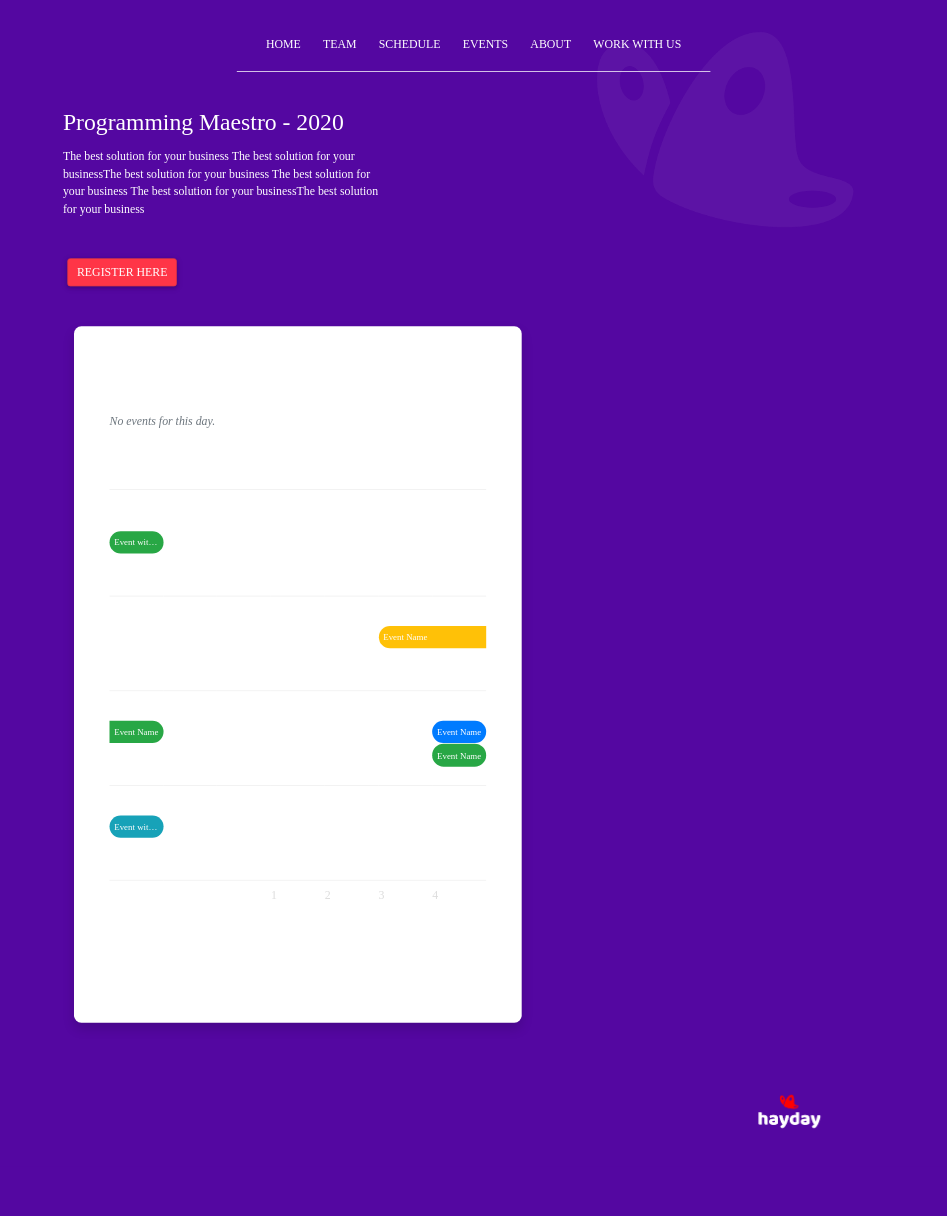
Repository: im1971/company-web
Page: event.html
An editor plug-in stored every save of this project. The page is shown before and after the next save, followed by the edit.
The browser window is 1280 px wide. The pictures show the whole page, at 74% of full size.
Some web fonts or font styles are not loaded; a fallback is used.

Above is the page before, as saved 2020-01-28 14:00:19.

### event.html
<!DOCTYPE html>
<html>

<head>
    <meta charset="utf-8">
    <meta name="viewport" content="width=device-width, initial-scale=1">
    <title>hayday</title>
    <link rel="shortcut icon" type="img/x-icon" href="img/fav.png" />
    <link rel="stylesheet" href="css/mdb.min.css">
    <link rel="stylesheet" href="css/bootstrap.min.css">
    <link rel="stylesheet" href="css/fontawesome.min.css">
    <link rel="stylesheet" href="css/all.min.css">
    <link rel="stylesheet" href="css/style.css">
    <!-- fonts -->
    <link href="https://fonts.googleapis.com/css?family=Baloo+Bhai&display=swap" rel="stylesheet">
    <!-- fonts -->

</head>

<body>

    <div class="wrap_hayday">
        <div class="back_img"></div>
        <div class="container-fluid">
            <div class="row justify-content-center pb-5">
                <div class="col-md-12">
                    <nav class="navbar navbar-expand-lg">
                        <button class="navbar-toggler" type="button" data-toggle="collapse" data-target="#navbarSupportedContent" aria-controls="navbarSupportedContent" aria-expanded="false" aria-label="Toggle navigation">
                            <i class="fas fa-bars"></i>
                        </button>

                        <div class="collapse navbar-collapse" id="navbarSupportedContent">

                            <ul class="navbar-nav m-auto text-uppercase">
                                <li class="nav-item active">
                                    <a class="nav-link" href="index.html">Home</a>
                                </li>
                                <li class="nav-item">
                                    <a class="nav-link" href="team.html">Team</a>
                                </li>
                                <li class="nav-item">
                                    <a class="nav-link" href="#">SCHEDULE</a>
                                </li>
                                <li class="nav-item">
                                    <a class="nav-link" href="#">Events</a>
                                </li>
                                <li class="nav-item">
                                    <a class="nav-link" href="about.html">About</a>
                                </li>
                                <li class="nav-item">
                                    <a class="nav-link" href="workWithUs.html">Work With us</a>
                                </li>
                            </ul>
                        </div>
                    </nav>
                </div>
                <div class="col-md-6 border_deco pt-3"></div>
            </div>
            <div class="container">
                <div class="row justify-content-center">
                    <div class="event_wrap">
                        <div class="col-md-5">
                            <h2 class="title mb-3">Programming Maestro - 2020</h2>
                            <p class="subtitle mb-5">
                                The best solution for your business The best solution for your businessThe best solution for your business The best solution for your business The best solution for your businessThe best solution for your business
                            </p>
                            <button class="btn btn-danger">Register Here</button>
                        </div>
                        <div class="col-md-7">
                            <div class="container py-5">



                                <!-- Calendar -->
                                <div class="calendar shadow bg-white p-5">
                                    <div class="d-flex align-items-center"><i class="fa fa-calendar fa-3x mr-3"></i>
                                        <h2 class="month font-weight-bold mb-0 text-uppercase">December 2019</h2>
                                    </div>
                                    <p class="font-italic text-muted mb-5">No events for this day.</p>
                                    <ol class="day-names list-unstyled">
                                        <li class="font-weight-bold text-uppercase">Sun</li>
                                        <li class="font-weight-bold text-uppercase">Mon</li>
                                        <li class="font-weight-bold text-uppercase">Tue</li>
                                        <li class="font-weight-bold text-uppercase">Wed</li>
                                        <li class="font-weight-bold text-uppercase">Thu</li>
                                        <li class="font-weight-bold text-uppercase">Fri</li>
                                        <li class="font-weight-bold text-uppercase">Sat</li>
                                    </ol>

                                    <ol class="days list-unstyled">
                                        <li>
                                            <div class="date">1</div>
                                            <div class="event bg-success">Event with Long Name</div>
                                        </li>
                                        <li>
                                            <div class="date">2</div>
                                        </li>
                                        <li>
                                            <div class="date">3</div>
                                        </li>
                                        <li>
                                            <div class="date">4</div>
                                        </li>
                                        <li>
                                            <div class="date">5</div>
                                        </li>
                                        <li>
                                            <div class="date">6</div>
                                        </li>
                                        <li>
                                            <div class="date">7</div>
                                        </li>
                                        <li>
                                            <div class="date">8</div>
                                        </li>
                                        <li>
                                            <div class="date">9</div>
                                        </li>
                                        <li>
                                            <div class="date">10</div>
                                        </li>
                                        <li>
                                            <div class="date">11</div>
                                        </li>
                                        <li>
                                            <div class="date">12</div>
                                        </li>
                                        <li>
                                            <div class="date">13</div>
                                            <div class="event all-day begin span-2 bg-warning">Event Name</div>
                                        </li>
                                        <li>
                                            <div class="date">14</div>
                                        </li>
                                        <li>
                                            <div class="date">15</div>
                                            <div class="event all-day end bg-success">Event Name</div>
                                        </li>
                                        <li>
                                            <div class="date">16</div>
                                        </li>
                                        <li>
                                            <div class="date">17</div>
                                        </li>
                                        <li>
                                            <div class="date">18</div>
                                        </li>
                                        <li>
                                            <div class="date">19</div>
                                        </li>
                                        <li>
                                            <div class="date">20</div>
                                        </li>
                                        <li>
                                            <div class="date">21</div>
                                            <div class="event bg-primary">Event Name</div>
                                            <div class="event bg-success">Event Name</div>
                                        </li>
                                        <li>
                                            <div class="date">22</div>
                                            <div class="event bg-info">Event with Longer Name</div>
                                        </li>
                                        <li>
                                            <div class="date">23</div>
                                        </li>
                                        <li>
                                            <div class="date">24</div>
                                        </li>
                                        <li>
                                            <div class="date">25</div>
                                        </li>
                                        <li>
                                            <div class="date">26</div>
                                        </li>
                                        <li>
                                            <div class="date">27</div>
                                        </li>
                                        <li>
                                            <div class="date">28</div>
                                        </li>
                                        <li>
                                            <div class="date">29</div>
                                        </li>
                                        <li>
                                            <div class="date">30</div>
                                        </li>
                                        <li>
                                            <div class="date">31</div>
                                        </li>
                                        <li class="outside">
                                            <div class="date">1</div>
                                        </li>
                                        <li class="outside">
                                            <div class="date">2</div>
                                        </li>
                                        <li class="outside">
                                            <div class="date">3</div>
                                        </li>
                                        <li class="outside">
                                            <div class="date">4</div>
                                        </li>
                                    </ol>
                                </div>
                            </div>
                        </div>
                    </div>
                </div>
            </div>
            <div class="row justify-content-end my-5">
                <div class="col-md-4 m-autp">
                    <div class="middle_body">
                        <div class="logo">
                            <img src="img/logo.png" alt="" style="height: 50px">
                        </div>
                        <!-- <p>Read about our Inspiration</p> -->
                    </div>
                </div>
            </div>
        </div>
    </div>
    </div>



    <!-- <script src="https://code.jquery.com/jquery-3.4.1.slim.min.js" integrity="sha384-J6qa4849blE2+poT4WnyKhv5vZF5SrPo0iEjwBvKU7imGFAV0wwj1yYfoRSJoZ+n" crossorigin="anonymous"></script>
    <script src="https://cdn.jsdelivr.net/npm/popper.js@1.16.0/dist/umd/popper.min.js" integrity="sha384-Q6E9RHvbIyZFJoft+2mJbHaEWldlvI9IOYy5n3zV9zzTtmI3UksdQRVvoxMfooAo" crossorigin="anonymous"></script>
    <script src="https://stackpath.bootstrapcdn.com/bootstrap/4.4.1/js/bootstrap.min.js" integrity="sha384-wfSDF2E50Y2D1uUdj0O3uMBJnjuUD4Ih7YwaYd1iqfktj0Uod8GCExl3Og8ifwB6" crossorigin="anonymous"></script> -->

    <script type="text/javascript" src="js/jquery.min.js"></script>
    <!-- Bootstrap tooltips -->
    <script type="text/javascript" src="js/popper.min.js"></script>
    <!-- Bootstrap core JavaScript -->
    <script type="text/javascript" src="js/bootstrap.min.js"></script>
    <!-- MDB core JavaScript -->
    <script type="text/javascript" src="js/mdb.min.js"></script>


</body>

</html>

### css/style.css
body {
    padding: 0;
    margin: 0;
    background: #5407A1;
    color: #fff !important;
    font-family: 'Baloo Bhai', cursive;
    position: relative;
}


/* global */

html {
    overflow: scroll;
    overflow-x: hidden;
}

::-webkit-scrollbar {
    width: 0px;
    background: transparent;
}


/* Optional: show position indicator in red */

::-webkit-scrollbar-thumb {
    background: #FF0000;
}


/* global */

.back_img {
    background-image: url(../img/back.png);
    height: 350px;
    width: 600px;
    position: absolute;
    background-position: center center;
    background-size: cover;
    opacity: 5%;
    /* top: 30%; */
    right: 0;
}


/* header */

.wrap_hayday .navbar {
    box-shadow: none;
}

.wrap_hayday .container-fluid {
    min-height: 100vh;
}

.wrap_hayday nav .nav-link {
    padding-right: 15px !important;
    padding-left: 15px !important;
    color: #fff;
    font-family: 'Baloo Bhai', cursive;
}

.wrap_hayday .border_deco {
    border-bottom: .25px solid #fff;
}

.wrap_hayday nav .nav-link:hover {
    color: #FF0000;
    transition-duration: 0.5s;
}

.wrap_hayday .navbar {
    padding: 40px;
    padding-bottom: 0;
}


/* header */


/* middle body */

.wrap_hayday .middle_body_height {
    height: 50vh;
}

.wrap_hayday .middle_body {
    text-align: center;
}

.wrap_hayday .middle_body .logo img {
    height: 100px;
}

.wrap_hayday .others_page_middle {
    text-align: center;
    position: absolute;
    right: 30px;
    bottom: 0;
}

.wrap_hayday .others_page_middle img {
    height: 70px;
}


/* middle body */


/* footer-body */

.myprogress {
    min-width: 100%;
    margin: 0px auto;
    text-align: center;
}

.myprogress .circle {
    display: inline-block;
    background: #fff;
    width: 50px;
    height: 50px;
    border-radius: 80px;
    border: 1px solid #d5d5da;
    cursor: pointer;
}

.myprogress .circle:hover {
    background: #FF0000;
    color: #5407A1;
    transition-duration: 0.5s;
}

.myprogress .bar {
    position: relative;
    width: 100px;
    padding-right: 15px;
    font-family: none;
    /* height: 2px; */
    /* top: 10px; */
    /* border: 0px solid #fff; */
}

.myprogress .circle .label {
    display: inline-block;
    width: 40px;
    height: 40px;
    line-height: 30px;
    border-radius: 40px;
    font-size: 24px;
}

.myprogress .circle .title {
    color: #5407A1;
    font-size: 24px;
    line-height: 50px;
    cursor: pointer;
}

.myprogress .circle .title:hover {
    color: #fff;
}

.myprogress i {
    font-size: 11px;
}

.myprogress .abc {
    animation: pulse 1s infinite;
    color: #FF0000;
}

.myprogress .pulse {
    -webkit-animation-duration: 3s;
    -webkit-animation-delay: 2s;
    -webkit-animation-iteration-count: 5;
}


/* footer-body */


/* about hayday */

.accordion .card-header {
    padding: 0;
    background: #5407A1;
    margin-bottom: 0;
}

.accordion .card-header .btn-link {
    color: #fff;
    padding: 0;
}

.accordion .card {
    border: none;
    border-radius: 0;
}

.accordion i {
    position: absolute;
    right: 10px;
    top: 5px;
}

.accordion p {
    color: #000;
    font-family: serif;
    font-size: 15px;
}

.accordion h4 {
    color: #000;
    font-family: serif;
    font-weight: 700 !important;
    font-size: 22px;
}


/* about hayday */


/* work with us */

.outreach table.table th,
table.table td {
    padding: 3px 20px;
    color: #fff;
    border: none;
    font-family: auto;
}


/* work with us */


/* team */

.team .grid {
    padding-left: 0;
    padding-right: 0;
}

.team .team_image {
    background-image: url(../img/team/team-back.jpg);
    height: 600px;
    background-position: center center;
    background-size: cover;
}

.team .custom_hr {
    border-top: 3px solid #fff !important;
    width: 10% !important;
}

.team img {
    border-radius: 50%;
    margin: auto;
    border: 3px solid #dcdcdc;
}

.team .team_managemt img {
    height: 300px;
    width: 300px;
}

.team .team_volounteer img {
    height: 200px;
    width: 200px;
}

.team .wrap_team {
    display: flex;
    flex-direction: column;
    font-family: auto;
}


/* team */

.sponsor_footer p {
    font-family: auto;
    font-size: 14px;
}

.sponsor_footer p b {
    color: #FF0000;
}


/* events */

.event_wrap .title {
    font-family: auto;
}

.event_wrap .subtitle {
    font-family: auto;
}


/* calender */


/*
*
* ==========================================
* CUSTOM UTIL CLASSES
* ==========================================
*
*/

.clearfix::after,
.calendar ol::after {
    content: ".";
    display: block;
    height: 0;
    clear: both;
    visibility: hidden;
}


/* ================
Calendar Styling */

.calendar {
    border-radius: 10px;
}

.month {
    font-size: 2rem;
}

@media (min-width: 992px) {
    .month {
        font-size: 3.5rem;
    }
}

.calendar ol li {
    float: left;
    width: 14.28571%;
}

.calendar .day-names {
    border-bottom: 1px solid #eee;
}

.calendar .day-names li {
    text-transform: uppercase;
    margin-bottom: 0.5rem;
}

.calendar .days li {
    border-bottom: 1px solid #eee;
    min-height: 8rem;
}

.calendar .days li .date {
    margin: 0.5rem 0;
}

.calendar .days li .event {
    font-size: 0.75rem;
    padding: 0.4rem;
    color: white;
    white-space: nowrap;
    overflow: hidden;
    text-overflow: ellipsis;
    border-radius: 4rem;
    margin-bottom: 1px;
}

.calendar .days li .event.span-2 {
    width: 200%;
}

.calendar .days li .event.begin {
    border-radius: 1rem 0 0 1rem;
}

.calendar .days li .event.end {
    border-radius: 0 1rem 1rem 0;
}

.calendar .days li .event.clear {
    background: none;
}

.calendar .days li:nth-child(n+29) {
    border-bottom: none;
}

.calendar .days li.outside .date {
    color: #ddd;
}


/*
*
* ==========================================
* FOR DEMO PURPOSES
* ==========================================
*
/* calender */


/* events */


/* media query */

@media (min-width: 1367px) {
    .sponsor_footer p {
        font-size: 18px;
        margin-top: 40px;
    }
    .outreach table.table th,
    table.table td,
    .accordion p,
    .myprogress .bar {
        font-size: 18px;
    }
    .outreach h4 {
        margin-top: 30px;
        margin-bottom: 20px;
    }
    .accordion .card-header .btn-link {
        font-size: 22px;
    }
    .accordion {
        margin-top: 30px;
    }
    .wrap_hayday .middle_body .logo img {
        height: 145px;
    }
    .wrap_hayday .middle_body p {
        font-size: 22px;
    }
    .wrap_hayday .step_command {
        font-family: auto;
        font-size: 22px;
    }
}

@media (max-width: 567px) {
    .wrap_hayday .navbar {
        padding: 20px 0 0;
    }
    .fa-bars {
        color: #fff;
    }
    .wrap_hayday .middle_body .logo img {
        height: 140px;
    }
    .back_img {
        height: 150px;
        width: 200px;
    }
    .wrap_hayday .middle_body_height {
        height: 35vh;
    }
    .myprogress .circle {
        display: block;
        margin: auto;
        margin-top: 20px;
    }
    .myprogress .bar {
        padding-right: 0;
        font-family: none;
        font-size: 18px;
    }
    .team .team_image {
        height: 200px;
    }
    .team .custom_hr {
        width: 50% !important;
    }
    .team .team_managemt img {
        height: 150px;
        width: 150px;
    }
    .team .team_volounteer img {
        height: 120px;
        width: 120px;
    }
    .team .card-title {
        font-size: 26px;
    }
    .team .wrap_team {
        margin-bottom: 30px;
    }
    .sponsor_footer p {
        margin-bottom: 20px !important;
    }
}

Loaded but not shown: css/mdb.min.css (library); css/bootstrap.min.css (library); css/fontawesome.min.css (library); css/all.min.css (library); js/jquery.min.js (library); js/popper.min.js (library); js/bootstrap.min.js (library); js/mdb.min.js (library)

After the next save:
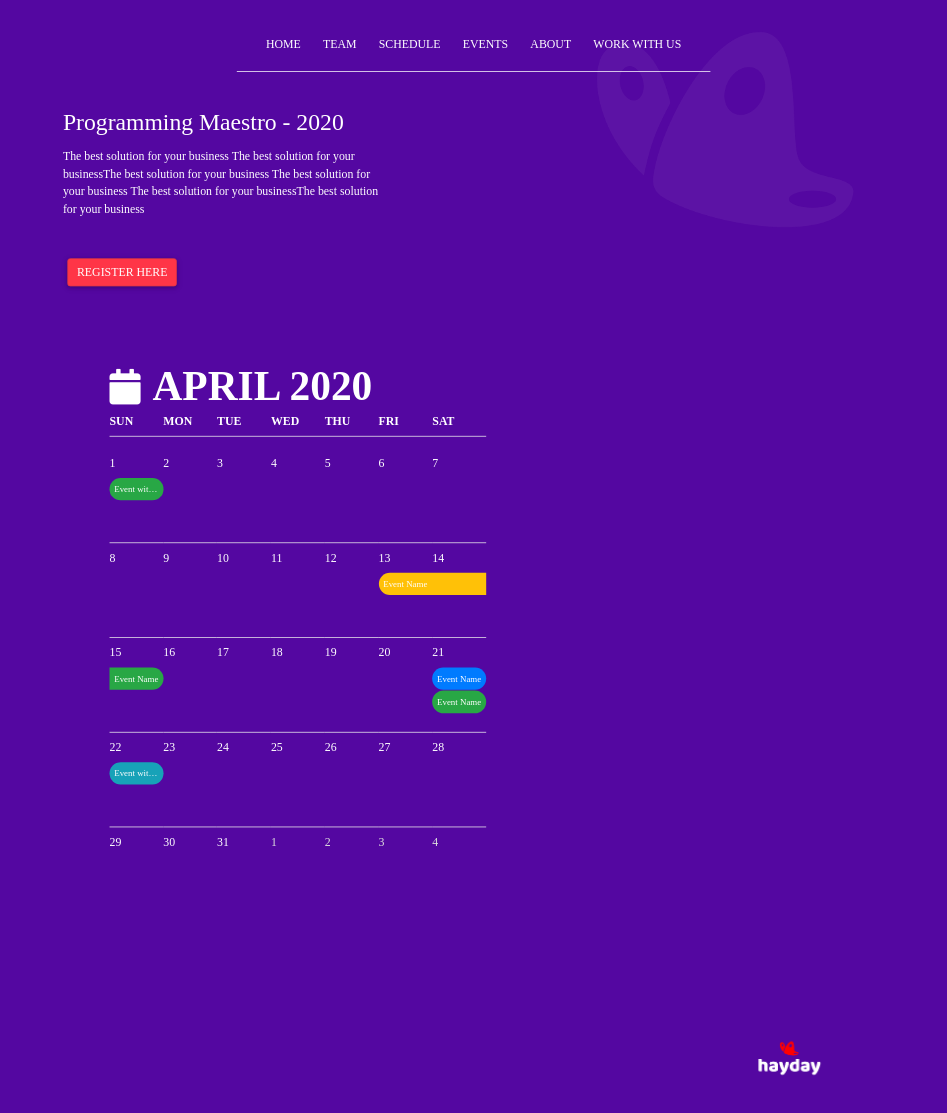
Saved 2 min 47 s later.
--- a/event.html
+++ b/event.html
@@ -72,11 +72,11 @@
 
 
                                 <!-- Calendar -->
-                                <div class="calendar shadow bg-white p-5">
+                                <div class="calendar p-5">
                                     <div class="d-flex align-items-center"><i class="fa fa-calendar fa-3x mr-3"></i>
-                                        <h2 class="month font-weight-bold mb-0 text-uppercase">December 2019</h2>
+                                        <h2 class="month font-weight-bold mb-0 text-uppercase">April 2020</h2>
                                     </div>
-                                    <p class="font-italic text-muted mb-5">No events for this day.</p>
+                                    <!-- <p class="font-italic text-muted mb-5">No events for this day.</p> -->
                                     <ol class="day-names list-unstyled">
                                         <li class="font-weight-bold text-uppercase">Sun</li>
                                         <li class="font-weight-bold text-uppercase">Mon</li>
